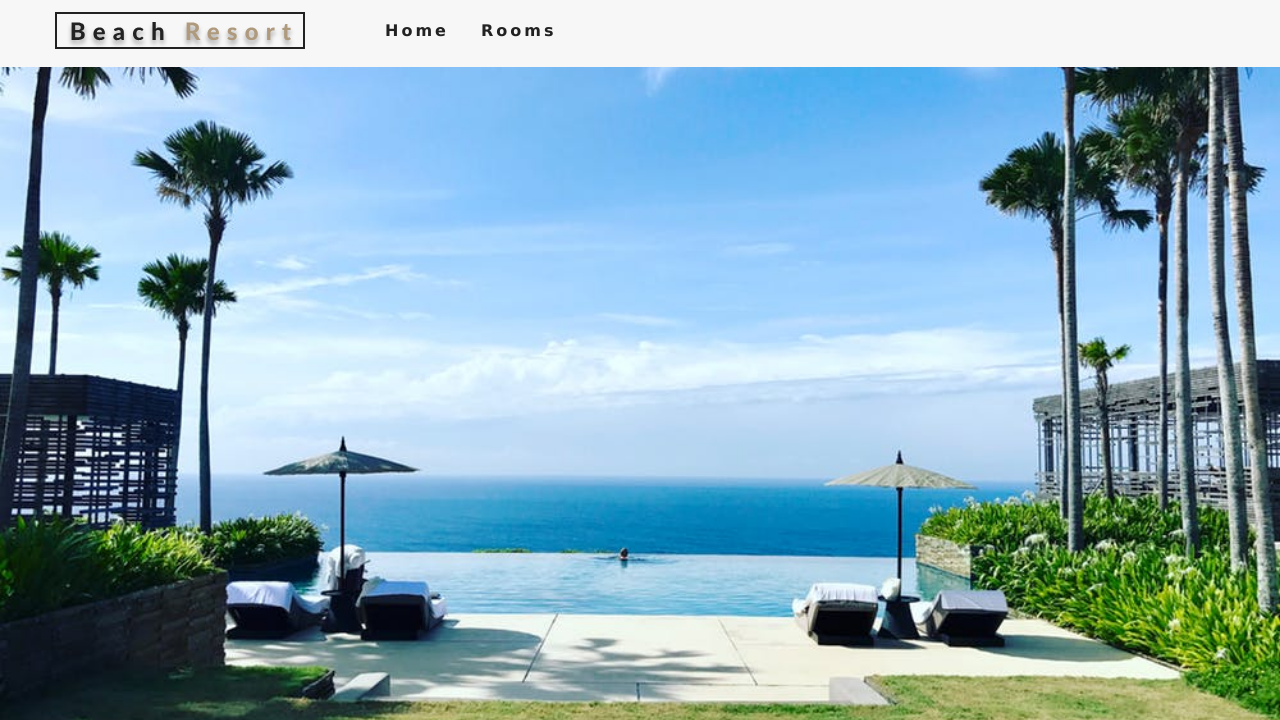
Repository: thanhn379/react-beach-resort
Page: /
The author's editor kept a copy of each file at every save. The page is drawn from the files as they stood at one save, then again after the next save.
The browser window is 1280 px wide. The pictures show the whole page.
The project was rebuilt for these pictures with package versions that can differ from the ones it lists, and the page was loaded fresh each time. Also part of the build but not shown: src/pages/Rooms.js, src/pages/SingleRoom.js, src/pages/Error.js.

Above is the page before, as saved 2019-11-13 21:27:08.

### public/index.html
<!DOCTYPE html>
<html lang="en">
  <head>
    <meta charset="utf-8" />
    <link rel="icon" href="%PUBLIC_URL%/favicon.ico" />
    <meta name="viewport" content="width=device-width, initial-scale=1" />
    <meta name="theme-color" content="#000000" />
    <meta
      name="description"
      content="Web site created using create-react-app"
    />
    <link rel="apple-touch-icon" href="logo192.png" />
    <!--
      manifest.json provides metadata used when your web app is installed on a
      user's mobile device or desktop. See https://developers.google.com/web/fundamentals/web-app-manifest/
    -->
    <link rel="manifest" href="%PUBLIC_URL%/manifest.json" />
    <!--
      Notice the use of %PUBLIC_URL% in the tags above.
      It will be replaced with the URL of the `public` folder during the build.
      Only files inside the `public` folder can be referenced from the HTML.

      Unlike "/favicon.ico" or "favicon.ico", "%PUBLIC_URL%/favicon.ico" will
      work correctly both with client-side routing and a non-root public URL.
      Learn how to configure a non-root public URL by running `npm run build`.
    -->
    <title>Resort recording</title>
  </head>
  <body>
    <noscript>You need to enable JavaScript to run this app.</noscript>
    <div id="root"></div>
    <!--
      This HTML file is a template.
      If you open it directly in the browser, you will see an empty page.

      You can add webfonts, meta tags, or analytics to this file.
      The build step will place the bundled scripts into the <body> tag.

      To begin the development, run `npm start` or `yarn start`.
      To create a production bundle, use `npm run build` or `yarn build`.
    -->
  </body>
</html>

### src/index.js
import React from "react";
import ReactDOM from "react-dom";
import { BrowserRouter as Router } from "react-router-dom";
// import './index.css';
import App from "./App";
import * as serviceWorker from "./serviceWorker";

ReactDOM.render(
  <Router>
    <App />
  </Router>,
  document.getElementById("root")
);

// If you want your app to work offline and load faster, you can change
// unregister() to register() below. Note this comes with some pitfalls.
// Learn more about service workers: https://bit.ly/CRA-PWA
serviceWorker.unregister();

### src/App.js
import React from "react";
import "./App.css";

import NavBar from "./components/NavBar";

import Home from "./pages/Home";
import Rooms from "./pages/Rooms";
import SingleRoom from "./pages/SingleRoom";
import Error from "./pages/Error";

import { Route, Switch } from "react-router-dom";

function App() {
  return (
    <>
      <NavBar />
      <Switch>
        <Route exact path="/" component={Home} />
        <Route exact path="/rooms/" component={Rooms} />
        <Route exact path="/rooms/:slug/" component={SingleRoom} />
        <Route component={Error} />
      </Switch>
    </>
  );
}

export default App;

### src/components/NavBar.js
import React, { Component } from "react";
import Logo from "../images/logo.svg";
import { FaAlignRight } from "react-icons/fa";
import { Link } from "react-router-dom";

export default class NavBar extends Component {
  state = {
    isOpen: false
  };
  handleToggle = () => {
    this.setState({ isOpen: !this.state.isOpen });
  };
  render() {
    return (
      <nav className="navbar">
        <div className="nav-center">
          <div className="nav-header">
            <Link to="/">
              <img src={Logo} alt="Beach Resort" />
            </Link>
            <button
              type="button"
              className="nav-btn"
              onClick={this.handleToggle}
            >
              <FaAlignRight className="nav-icon" />
            </button>
          </div>
          <ul
            className={this.state.isOpen ? "nav-links show-nav" : "nav-links"}
          >
            <li>
              <Link to="/">Home</Link>
            </li>
            <li>
              <Link to="/rooms">Rooms</Link>
            </li>
          </ul>
        </div>
      </nav>
    );
  }
}

### src/pages/Home.js
import React from "react";
import Hero from "../components/Hero";

export default function Home() {
  return <Hero />;
}

### src/components/Banner.js
import React from "react";

export default function Banner({ children, title, subtitle }) {
  return (
    <div className="banner">
      <h1>{title}</h1>
      <div></div>
      <p>{subtitle}</p>
    </div>
  );
}

Loaded but not shown: src/serviceWorker.js (common file); src/App.css (common file); src/components/Hero.js (common file)

After the next save:
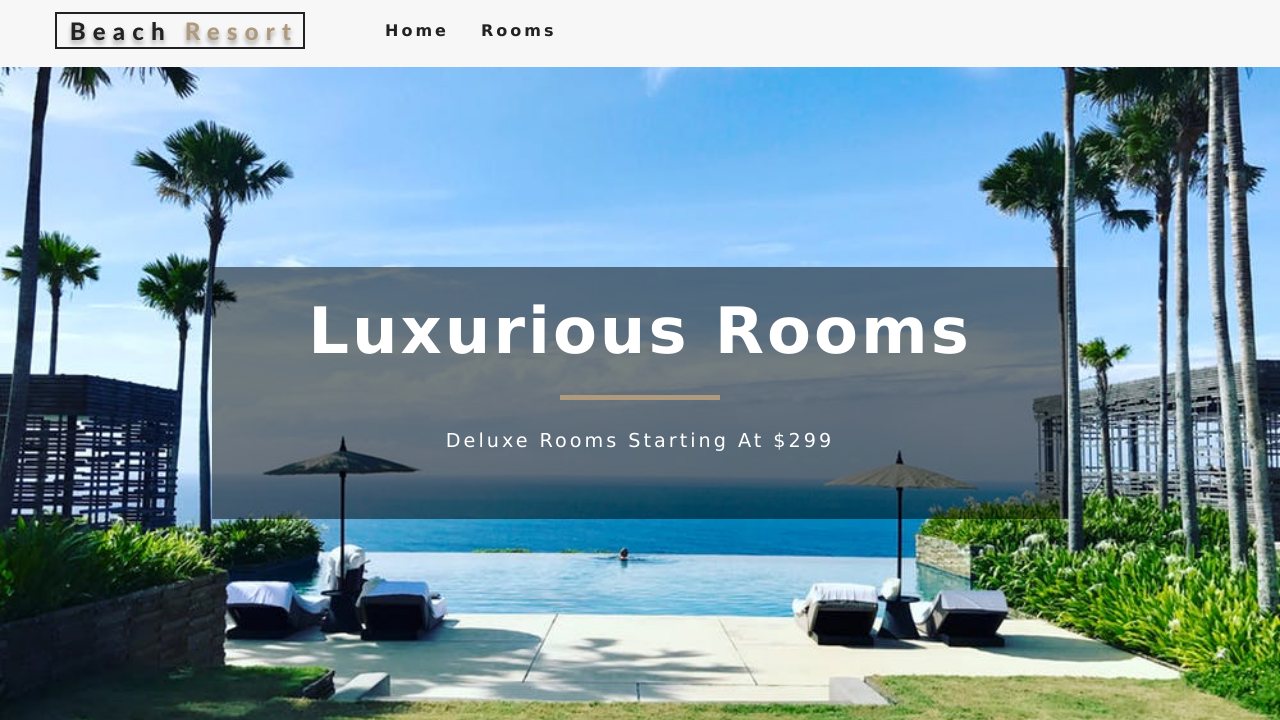
Saved 11 min 39 s later.
--- a/src/pages/Home.js
+++ b/src/pages/Home.js
@@ -1,6 +1,16 @@
 import React from "react";
 import Hero from "../components/Hero";
+import Banner from "../components/Banner";
+import { Link } from "react-router-dom";
 
 export default function Home() {
-  return <Hero />;
+  return (
+    <Hero>
+      <Banner title="luxurious rooms" subtitle="deluxe rooms starting at $299">
+        <Link to="/rooms" className="btn-primary">
+          our rooms
+        </Link>
+      </Banner>
+    </Hero>
+  );
 }
